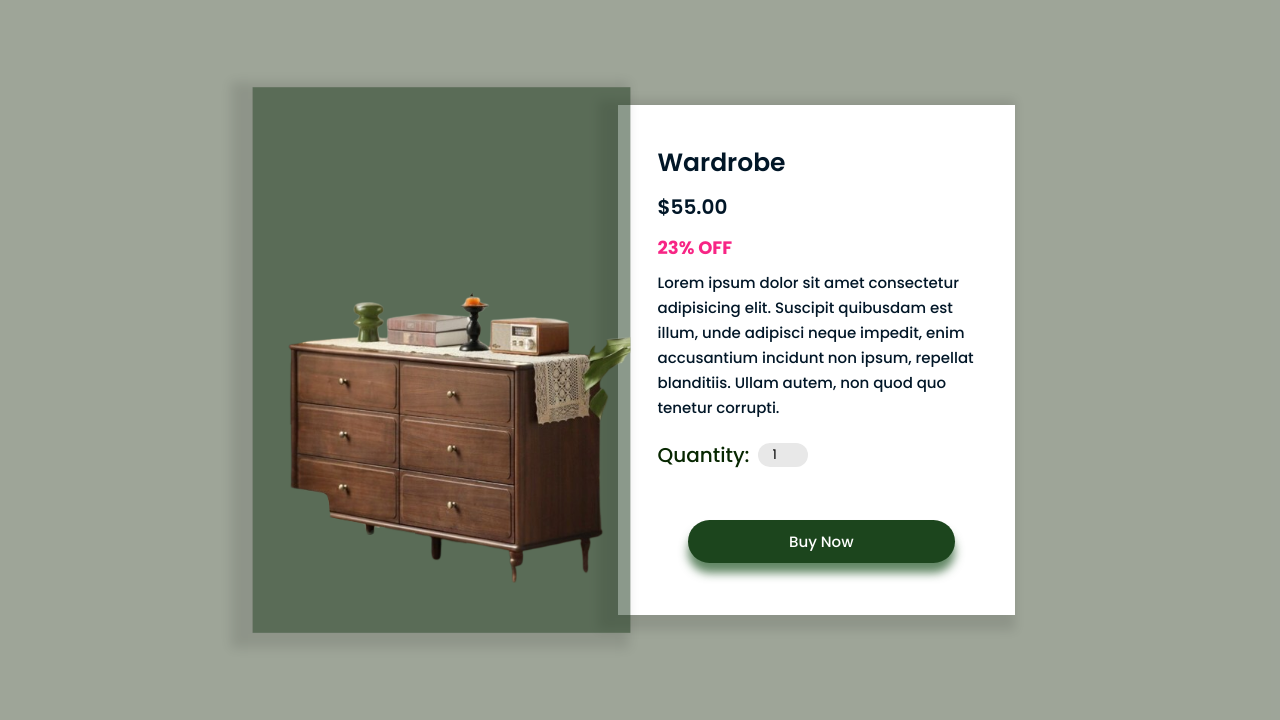
Repository: doua184/CasaLux
Page: single3.html
An editor plug-in stored every save of this project. The page is shown before and after a run of saves, followed by the edit.
The browser window is 1280 px wide. The pictures show the whole page.

Above is the page before, as saved 2025-04-05 19:50:38.

### single3.html
<!DOCTYPE html>
<html lang="en">
<head>
    <meta charset="UTF-8">
    <meta http-equiv="X-UA-Compatible" content="IE=edge">
    <meta name="viewport" content="width=device-width, initial-scale=1.0">
    <title>Single Product Page Design</title>
    <link rel="stylesheet" href="single.css">
</head>
<body>
    <section class="main-wrap">
        <div class="product">
            <div class="image-gallery">
                <img src="product-3.png" id="productImg" alt="">

            </div>
            <div class="product-details">
                <div class="details">
                    <h2>wardrobe</h2>
                    <h3>$55.00</h3>
                    <h4>23% OFF</h4>
                    <p>Lorem ipsum dolor sit amet consectetur adipisicing elit. Suscipit quibusdam est illum, unde adipisci neque impedit, enim accusantium incidunt non ipsum, repellat blanditiis. Ullam autem, non quod quo tenetur corrupti.</p>
                </div>


                <div class="quantity">
                    <div class="select-quantity">
                        <h3>Quantity:</h3>
                        <input type="number" name="quantity" value="1">
                    </div>
                </div>
                <div class="sub-btn">
                    <button class="submit">Buy Now</button>
                </div>
            </div>
        </div>

    </section>


</body>
</html>

### single.css
@import url('https://fonts.googleapis.com/css2?family=Poppins:ital,wght@0,100;0,200;0,300;0,400;0,500;0,600;0,700;0,800;0,900;1,100;1,200;1,300;1,400;1,500;1,600;1,700;1,800;1,900&display=swap');
*{
    margin: 0;
    padding: 0;
    box-sizing: border-box;
    font-family: 'Poppins', sans-serif;
}
.main-wrap{
    width: 100%;
    height: 100vh;
    display: flex;
    justify-content: center;
    align-items: center;
    background: #404d3581;
}
.main-wrap .product{
    width: 90%;
    max-width: 750px;
    display: flex;
}
.main-wrap .product .image-gallery{
    flex-basis: 47%;
    background: #18351880;
    box-shadow: -10px 5px 10px 10px rgba(0, 0, 0, 0.1);
    transform: scale(1.07);
    position: relative;
}

.main-wrap .product .image-gallery img{
    width: 100%;
    padding-top: 150px;
}
.main-wrap .product .image-gallery .controls{
    position: absolute;
    bottom: 40px;
    right: 20px;
}
.main-wrap .product .image-gallery .controls .btn{
    width: 10px;
    height: 10px;
    border-radius: 50%;
    background: rgba( 255, 255, 255, 0.5 );
    display: block;
    margin-bottom: 10px;
    cursor: pointer;
}
.main-wrap .product .image-gallery .controls .btn.active{
    background: #00b4d8;
}
.main-wrap .product .product-details{
    flex-basis: 53%;
    background: #fff;
    box-shadow: -10px 5px 10px 10px rgba(0, 0, 0, 0.1);
    padding: 40px 30px 40px 40px;
}
.main-wrap .product .product-details .details{
    margin-bottom: 20px;
}
.main-wrap .product .product-details .details h2{
    font-size: 25px;
    font-weight: 600;
    line-height: 35px;
    text-transform: capitalize;
    margin-bottom: 10px;
    color: #011627;
}
.main-wrap .product .product-details .details h3{
    font-size: 20px;
    font-weight: 600;
    line-height: 35px;
    margin-bottom: 10px;
    color: #011627;
}
.main-wrap .product .product-details .details h4{
    font-size: 18px;
    font-weight: 700;
    line-height: 25px;
    text-transform: uppercase;
    color: #f72585;
    margin-bottom: 10px;
}
.main-wrap .product .product-details .details p{
    font-size: 15px;
    font-weight: 500;
    line-height: 25px;
    color: #011627;
}
.main-wrap .product .product-details .sizes{
    margin-bottom: 20px;
}
.main-wrap .product .product-details .sizes .form .select-size{
    display: flex;
    align-items: center;
}
.main-wrap .product .product-details .sizes .form .select-size h3{
    width: 70px;
    margin-right: 30px;
    font-size: 20px;
    font-weight: 500;
    color: #011627;
}
.main-wrap .product .product-details .sizes .form .select-size label{
    display: flex;
    align-items: center;
}
.main-wrap .product .product-details .sizes .form .select-size label input{
    display: none;
}
.main-wrap .product .product-details .sizes .form .select-size label span{
    font-size: 18px;
    font-weight: 400;
    line-height: 25px;
    text-transform: uppercase;
    color: #011627;
    display: inline-block;
    margin-right: 10px;
    cursor: pointer;
}
.main-wrap .product .product-details .sizes .form .select-size label input:checked + span{
    font-weight: 600;
    color: #00b4d8;
}
.main-wrap .product .product-details .colors{
    margin-bottom: 20px;
}
.main-wrap .product .product-details .colors .form .select-color{
    display: flex;
    align-items: center;
}
.main-wrap .product .product-details .colors .form .select-color h3{
    width: 70px;
    margin-right: 30px;
    font-size: 20px;
    font-weight: 500;
    color: #011627;
}
.main-wrap .product .product-details .colors .form .select-color label{
    display: flex;
    align-items: center;
}
.main-wrap .product .product-details .colors .form .select-color input{
    display: none;
}
.main-wrap .product .product-details .colors .form .select-color span{
    display: inline-block;
    width: 15px;
    height: 15px;
    border-radius: 50%;
    margin-right: 10px;
    cursor: pointer;
}
.main-wrap .product .product-details .colors .form .select-color .color-1{
    background: #d90429;
}
.main-wrap .product .product-details .colors .form .select-color .color-2{
    background: #38b000;
}
.main-wrap .product .product-details .colors .form .select-color .color-3{
    background: #0081a7;
}
.main-wrap .product .product-details .colors .form .select-color .color-4{
    background: #ffd100;
}
.main-wrap .product .product-details .colors .form .select-color label input:checked + span{
    transform: scale(.7);
    box-shadow: 0 0 0 4px #fff, 0 0 0 6px #011627;
}
.main-wrap .product .product-details .quantity{
    margin-bottom: 50px;
}
.main-wrap .product .product-details .quantity .select-quantity{
    display: flex;
    align-items: center;
}
.main-wrap .product .product-details .quantity .select-quantity h3{
    width: 70px;
    margin-right: 30px;
    font-size: 20px;
    font-weight: 500;
    color: #072701;
}
.main-wrap .product .product-details .quantity .select-quantity input{
    background: #e8e8e8;
    border: 0;
    outline: 0;
    padding: 2px 2px 2px 15px;
    border-radius: 12px;
    width: 50px;
}
.main-wrap .product .product-details .sub-btn{
    padding: 0 30px;
}
.main-wrap .product .product-details .sub-btn .submit{
    width: 100%;
    padding: 10px;
    border: 0;
    outline: 0;
    background: #1c451d;
    color: #fff;
    font-size: 15px;
    font-weight: 500;
    border-radius: 30px;
    box-shadow: 0 10px 10px rgba(24, 78, 28, 0.678);
    cursor: pointer;
    transition: .4s linear;
    position: relative;
    overflow: hidden;
}
.main-wrap .product .product-details .sub-btn .submit:hover{
    background: #475745;
}
.main-wrap .product .product-details .sub-btn .submit::before{
    content: '';
    position: absolute;
    left: -100%;
    width: 100%;
    height: 100%;
    background: rgba( 255, 255, 255, 0.1 );
    transform: rotate(-45deg);
}
.main-wrap .product .product-details .sub-btn .submit:hover::before{
    animation: light .4s linear forwards;
}
@keyframes light{
    0%{
        left: -100%;
    }
    100%{
        left: 100%;
    }
}

After the next 4 saves:
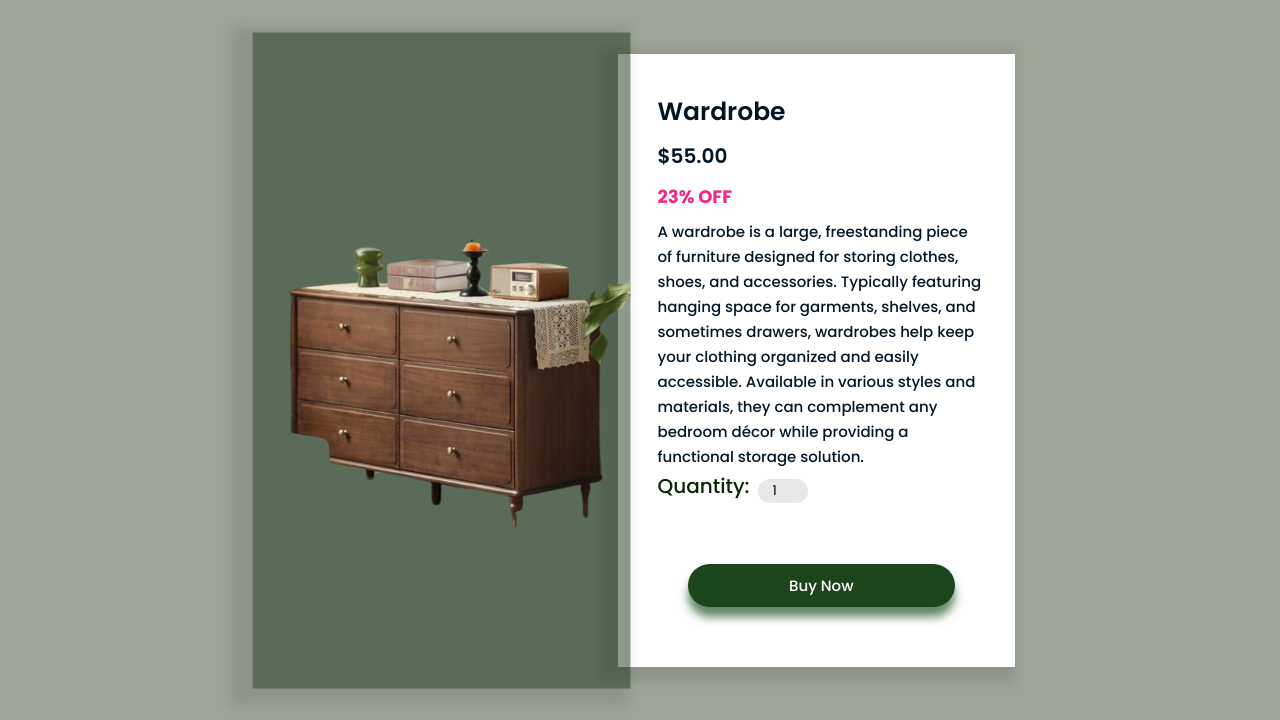
The 4 saves are shown as one change because they came seconds apart.
The last was saved 32 s later.
--- a/single3.html
+++ b/single3.html
@@ -19,8 +19,7 @@
                     <h2>wardrobe</h2>
                     <h3>$55.00</h3>
                     <h4>23% OFF</h4>
-                    <p>Lorem ipsum dolor sit amet consectetur adipisicing elit. Suscipit quibusdam est illum, unde adipisci neque impedit, enim accusantium incidunt non ipsum, repellat blanditiis. Ullam autem, non quod quo tenetur corrupti.</p>
-                </div>
+                    <p>A wardrobe is a large, freestanding piece of furniture designed for storing clothes, shoes, and accessories. Typically featuring hanging space for garments, shelves, and sometimes drawers, wardrobes help keep your clothing organized and easily accessible. Available in various styles and materials, they can complement any bedroom décor while providing a functional storage solution.</p>
 
 
                 <div class="quantity">
